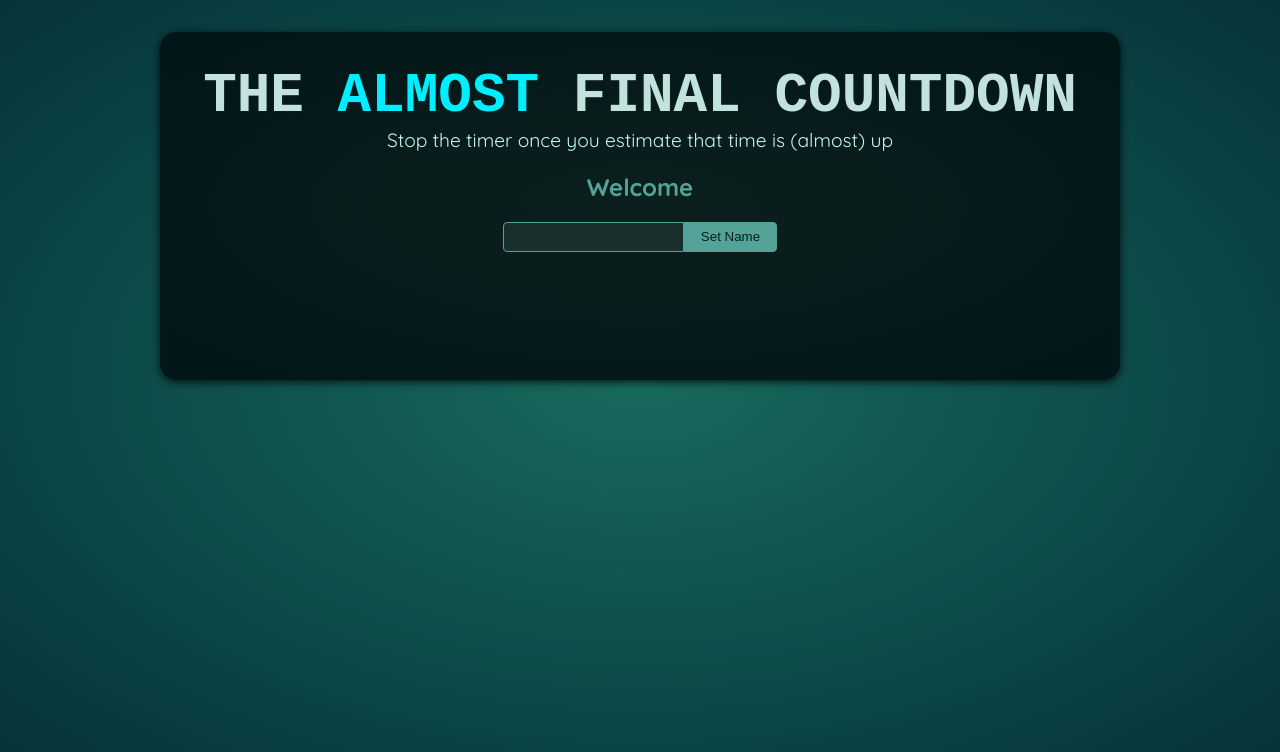
Repository: theshariqueanwer/reactjsts
Page: / (app in react-refs-and-portals/)
An editor plug-in stored every save of this project. The page is shown before and after the next save, followed by the edit.
The browser window is 1280 px wide. The pictures show the whole page.
Some web fonts or font styles are not loaded; a fallback is used. The project was rebuilt for these pictures with package versions that can differ from the ones it lists, and the page was loaded fresh each time. Also part of the build but not shown: react-refs-and-portals/vite.config.js, react-refs-and-portals/src/components/Player.jsx.

Above is the page before, as saved 2024-01-30 23:53:38.

### react-refs-and-portals/src/App.jsx
import Player from './components/Player.jsx';
import PlayerWithRef from './components/PlayerWithRef.jsx';

function App() {
  return (
    <>
      {/* <Player /> */}
      <PlayerWithRef />
      <div id="challenges"></div>
    </>
  );
}

export default App;

### react-refs-and-portals/src/components/PlayerWithRef.jsx
import { useRef, useState } from "react";

export default function PlayerWithRef() {

  const playerName = useRef();

  const [enteredPlayerName, setEnteredPlayerName] = useState('');

  function handleClick() {
    setEnteredPlayerName(playerName.current.value);
    playerName.current.value= '';
  }

  return (
    <section id="player">
      <h2>Welcome {enteredPlayerName ?? "unknown entity"}</h2>
      <p>
        <input
          type="text"
          ref={playerName}
        />
        <button onClick={handleClick}>Set Name</button>
      </p>
    </section>
  );
}

### react-refs-and-portals/src/components/PlayerWithRefWithoutState.jsx
import { useRef, useState } from "react";

export default function PlayerWithRef() {

  const playerName = useRef();

  return (
    <section id="player">
      <h2>Welcome {playerName.current ? playerName.current.value : "unknown entity"}</h2>
      <p>
        <input
          type="text"
          ref={playerName}
        />
        <button onClick={handleClick}>Set Name</button>
      </p>
    </section>
  );
}

Loaded but not shown: react-refs-and-portals/index.html (common file); react-refs-and-portals/src/main.jsx (common file); react-refs-and-portals/src/index.css (common file)

After the next save:
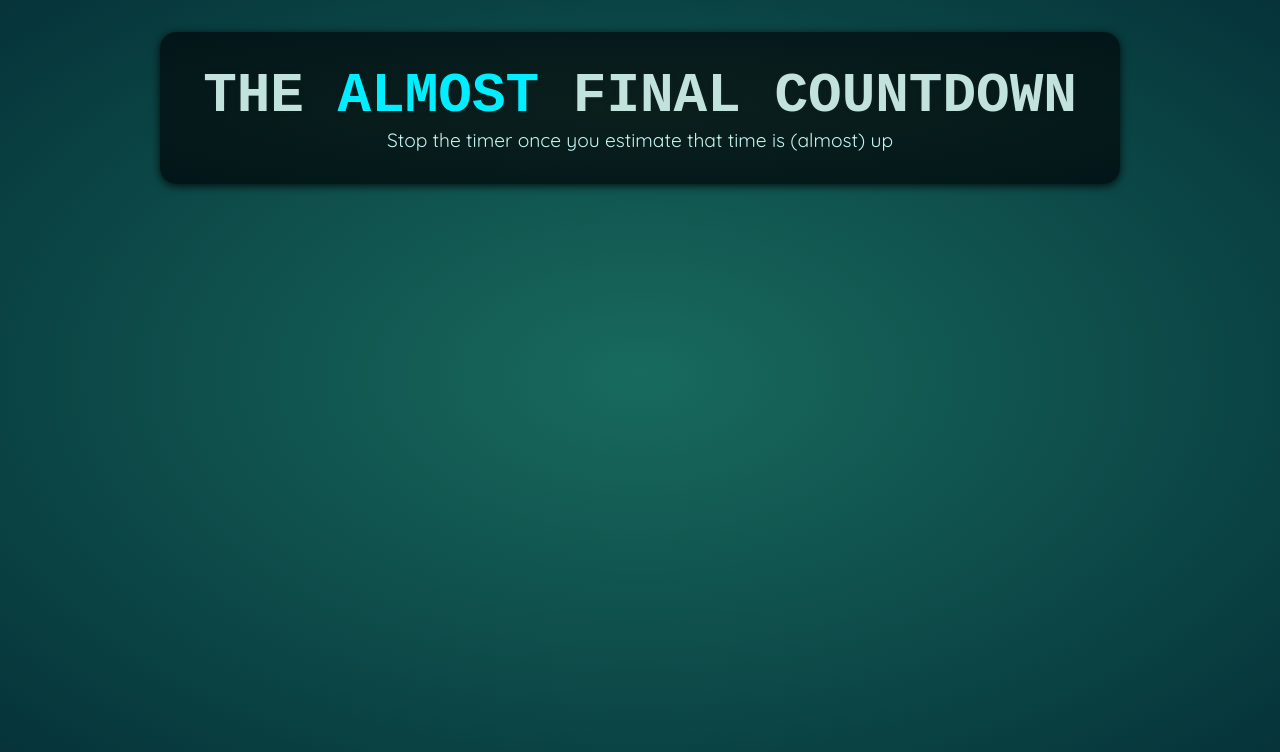
Console error: ReferenceError: handleClick is not defined
Saved 44 s later.
--- a/react-refs-and-portals/src/App.jsx
+++ b/react-refs-and-portals/src/App.jsx
@@ -1,11 +1,13 @@
 import Player from './components/Player.jsx';
 import PlayerWithRef from './components/PlayerWithRef.jsx';
+import PlayerWithRefWithoutState from './components/PlayerWithRefWithoutState.jsx';
 
 function App() {
   return (
     <>
       {/* <Player /> */}
-      <PlayerWithRef />
+      {/* <PlayerWithRef /> */}
+      <PlayerWithRefWithoutState />
       <div id="challenges"></div>
     </>
   );

After the 2 saves that followed:
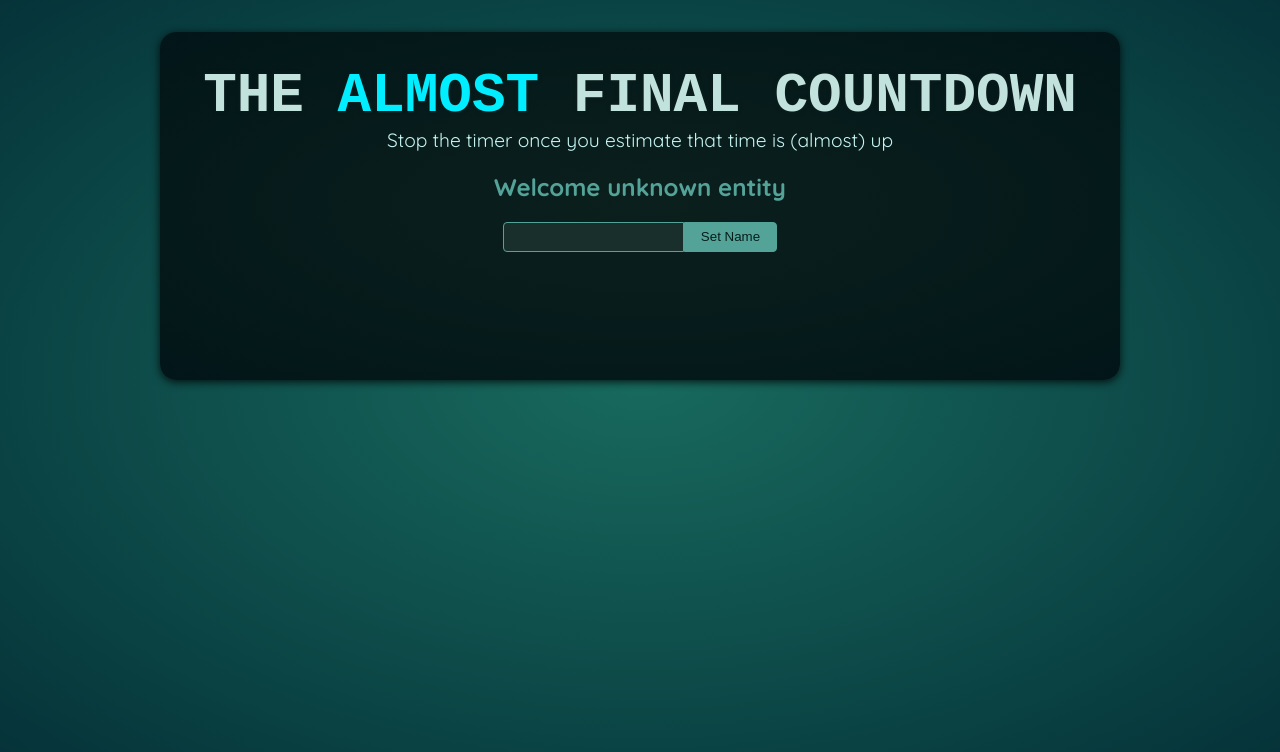
The error is gone.
The 2 saves are shown as one change because 1 left the picture as it was.
The last was saved 72 s later.
--- a/react-refs-and-portals/src/components/PlayerWithRefWithoutState.jsx
+++ b/react-refs-and-portals/src/components/PlayerWithRefWithoutState.jsx
@@ -1,8 +1,12 @@
 import { useRef, useState } from "react";
 
-export default function PlayerWithRef() {
+export default function PlayerWithRefWithoutState() {
 
   const playerName = useRef();
+
+  function handleClick() {
+    playerName.current.value = '';
+  }
 
   return (
     <section id="player">
